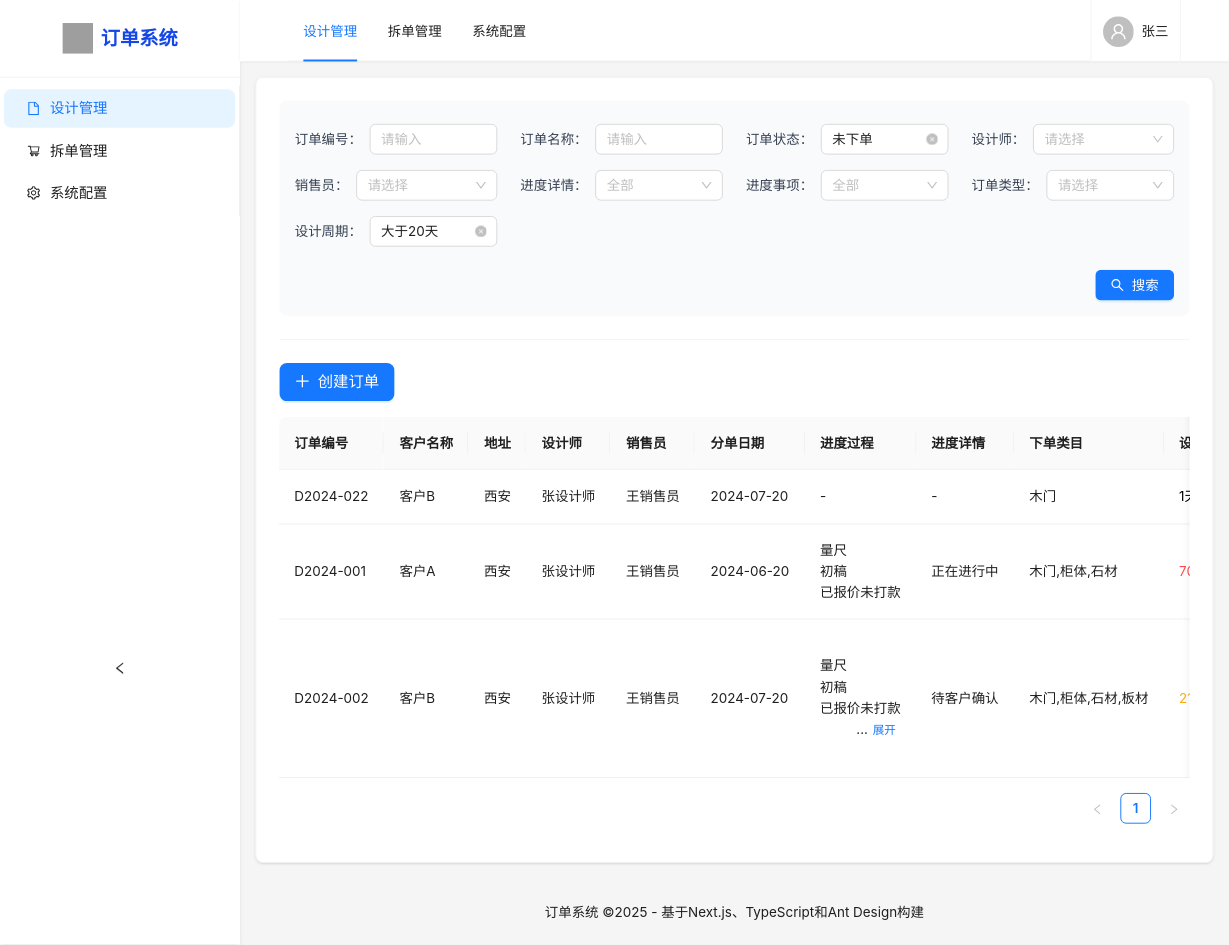
Repository: Garyxiwang/order_system
Page: /design (app in front/)
These files come from the project's save history. The page is drawn as it stood at one moment and after the next save; the edit follows.
The browser window is 1280 px wide. The pictures show the whole page, at 96% of full size.
Pictures or frames that could not be fetched are drawn as grey boxes. The project was rebuilt for these pictures with package versions that can differ from the ones it lists, and the page was loaded fresh each time. The framework's server and built-in components were replaced by stand-ins that run in the browser. Also part of the build but not shown: front/next.config.js, front/next.config.ts.

Above is the page before, as saved 2025-08-04 15:44:41.

### front/src/app/layout.tsx
import type { Metadata } from "next";
import { Geist, Geist_Mono } from "next/font/google";
import "./globals.css";

const geistSans = Geist({
  variable: "--font-geist-sans",
  subsets: ["latin"],
});

const geistMono = Geist_Mono({
  variable: "--font-geist-mono",
  subsets: ["latin"],
});

export const metadata: Metadata = {
  title: "订单系统",
  description: "基于Next.js、TypeScript和Ant Design构建的订单系统",
};

import AppLayout from '@/components/layout/AppLayout';

export default function RootLayout({
  children,
}: Readonly<{
  children: React.ReactNode;
}>) {
  return (
    <html lang="zh-CN">
      <body
        className={`${geistSans.variable} ${geistMono.variable} antialiased`}
      >
        <AppLayout>
          {children}
        </AppLayout>
      </body>
    </html>
  );
}

### front/src/app/design/page.tsx
"use client";

import React, { useState } from "react";
import {
  Typography,
  Card,
  Table,
  Button,
  Space,
  Input,
  Select,
  Row,
  Col,
  Divider,
} from "antd";
import { SearchOutlined, PlusOutlined } from "@ant-design/icons";

const { Title } = Typography;
const { Option } = Select;

const DesignPage: React.FC = () => {
  const [expandedRows, setExpandedRows] = useState<Set<number>>(new Set());
  const [activeTab, setActiveTab] = useState("1");
  const [selectedDesign, setSelectedDesign] = useState<string | null>(null);

  // 模拟设计页数据
  const designData = [
    {
      designNumber: "D2024-022",
      customerName: "客户B",
      address: "西安",
      designer: "张设计师",
      salesperson: "王销售员",
      splitTime: "2024-07-20",
      progress: "",
      progressDetail: "",
      category: "木门",
      cycle: "1天",
      state: "未下单",
      orderType: "设计单",
      remark: "",
    },
    {
      designNumber: "D2024-001",
      customerName: "客户A",
      address: "西安",
      designer: "张设计师",
      salesperson: "王销售员",
      splitTime: "2024-06-20",
      progress: "量尺,初稿,已报价未打款",
      progressDetail: "正在进行中",
      category: "木门,柜体,石材",
      cycle: "70天",
      state: "已下单",
      orderType: "设计单",
      remark: "这个是一个备注",
    },
    {
      designNumber: "D2024-002",
      customerName: "客户B",
      address: "西安",
      designer: "张设计师",
      salesperson: "王销售员",
      splitTime: "2024-07-20",
      progress: "量尺,初稿,已报价未打款,已打款",
      progressDetail: "待客户确认",
      category: "木门,柜体,石材,板材",
      cycle: "21天",
      state: "已下单",
      orderType: "设计单",
      remark:
        "一个很长很长很长很长很很长很长很很长很长很很长很长很很长很长很很长很长很很长很长很长很长很长很长的备注",
    },
  ];

  const columns = [
    {
      title: "订单编号",
      dataIndex: "designNumber",
      key: "designNumber",
    },
    {
      title: "客户名称",
      dataIndex: "customerName",
      key: "customerName",
    },
    {
      title: "地址",
      dataIndex: "address",
      key: "customerName",
    },
    {
      title: "设计师",
      dataIndex: "designer",
      key: "designer",
    },
    {
      title: "销售员",
      dataIndex: "salesperson",
      key: "salesperson",
    },
    {
      title: "分单日期",
      dataIndex: "splitTime",
      key: "splitTime",
    },
    {
      title: "进度过程",
      dataIndex: "progress",
      key: "progress",
      render: (
        text: string,
        record: Record<string, unknown>,
        index: number
      ) => {
        if (!text) return "-";
        const items = text
          .split(",")
          .map((item) => item.trim())
          .filter((item) => item);

        const isExpanded = expandedRows.has(index);
        const shouldShowExpand = items.length > 3;
        const displayItems = isExpanded ? items : items.slice(0, 3);

        const toggleExpand = () => {
          const newExpandedRows = new Set(expandedRows);
          if (isExpanded) {
            newExpandedRows.delete(index);
          } else {
            newExpandedRows.add(index);
          }
          setExpandedRows(newExpandedRows);
        };

        return (
          <div>
            {displayItems.map((item, itemIndex) => (
              <div key={itemIndex}>{item}</div>
            ))}
            {shouldShowExpand && !isExpanded && (
              <div style={{ textAlign: "right" }}>
                <span>...</span>
                <Button
                  type="link"
                  size="small"
                  onClick={toggleExpand}
                  style={{ padding: "0 4px", fontSize: "12px" }}
                >
                  展开
                </Button>
              </div>
            )}
            {shouldShowExpand && isExpanded && (
              <div style={{ textAlign: "right" }}>
                <Button
                  type="link"
                  size="small"
                  onClick={toggleExpand}
                  style={{ padding: "0 4px", fontSize: "12px" }}
                >
                  收起
                </Button>
              </div>
            )}
          </div>
        );
      },
    },
    {
      title: "进度详情",
      dataIndex: "progressDetail",
      key: "progressDetail",
      render: (text: string) => {
        if (!text) return "-";
        return text;
      },
    },
    {
      title: "下单类目",
      dataIndex: "category",
      key: "category",
    },
    {
      title: "设计周期",
      dataIndex: "cycle",
      key: "cycle",
      render: (text: string) => {
        if (!text) return "-";

        // 提取数字部分
        const match = text.match(/(\d+)/);
        const days = match ? parseInt(match[1]) : 0;

        let color = "#000"; // 默认黑色
        if (days > 50) {
          color = "#ff4d4f"; // 红色 - 大于50天
        } else if (days > 20) {
          color = "#faad14"; // 橙色 - 大于20天
        }

        return <span style={{ color }}>{text}</span>;
      },
    },
    {
      title: "订单状态",
      dataIndex: "state",
      key: "state",
    },
    {
      title: "订单类型",
      dataIndex: "orderType",
      key: "orderType",
    },
    {
      title: "备注",
      dataIndex: "remark",
      key: "remark",
      render: (text: string) => (
        <div
          style={{
            maxWidth: "150px",
            wordWrap: "break-word",
            whiteSpace: "pre-wrap",
          }}
        >
          {text || "-"}
        </div>
      ),
    },
    {
      title: "操作",
      key: "action",
      render: (_: unknown, record: Record<string, string | number>) => (
        <Space size="middle">
          <Button type="link" size="small">
            编辑
          </Button>
          <Button type="link" size="small">
            更新进度
          </Button>
          <Button type="link" size="small">
            下单
          </Button>
        </Space>
      ),
    },
  ];

  return (
    <Card variant="outlined">
      {/* 搜索和过滤区域 */}
      <div className="mb-6 bg-gray-50 p-4 rounded-lg">
        <Row gutter={24}>
          <Col span={6} className="py-2">
            <div className="flex items-center gap-2">
              <label className="whitespace-nowrap text-sm font-medium text-gray-700 min-w-16">
                订单编号：
              </label>
              <Input
                placeholder="请输入"
                className="rounded-md border-gray-200 flex-1"
                size="middle"
                allowClear
              />
            </div>
          </Col>
          <Col span={6} className="py-2">
            <div className="flex items-center gap-2">
              <label className="whitespace-nowrap text-sm font-medium text-gray-700 min-w-16">
                订单名称：
              </label>
              <Input
                placeholder="请输入"
                className="rounded-md border-gray-200 flex-1"
                size="middle"
                allowClear
              />
            </div>
          </Col>
          <Col span={6} className="py-2">
            <div className="flex items-center gap-2">
              <label className="whitespace-nowrap text-sm font-medium text-gray-700 min-w-16">
                订单状态：
              </label>
              <Select
                placeholder="全部状态"
                className="rounded-md flex-1"
                size="middle"
                defaultValue={"-1"}
                allowClear
              >
                <Option value="-1">未下单</Option>
                <Option value="1">已下单</Option>
              </Select>
            </div>
          </Col>
          <Col span={6} className="py-2">
            <div className="flex items-center gap-2">
              <label className="whitespace-nowrap text-sm font-medium text-gray-700 min-w-12">
                设计师：
              </label>
              <Select
                placeholder="请选择"
                className="rounded-md flex-1"
                size="middle"
                allowClear
              >
                <Option value="designer1">设计师1</Option>
                <Option value="designer2">设计师2</Option>
              </Select>
            </div>
          </Col>
          <Col span={6} className="py-2">
            <div className="flex items-center gap-2">
              <label className="whitespace-nowrap text-sm font-medium text-gray-700 min-w-12">
                销售员：
              </label>
              <Select
                placeholder="请选择"
                className="rounded-md flex-1"
                size="middle"
                allowClear
              >
                <Option value="designer1">销售员1</Option>
                <Option value="designer2">销售员2</Option>
                <Option value="designer2">销售员3</Option>
              </Select>
            </div>
          </Col>
          <Col span={6} className="py-2">
            <div className="flex items-center gap-2">
              <label className="whitespace-nowrap text-sm font-medium text-gray-700 min-w-16">
                进度详情：
              </label>
              <Select
                placeholder="全部"
                className="rounded-md flex-1"
                size="middle"
                allowClear
              >
                <Option value="designing">正常进行中</Option>
                <Option value="reviewing">等硬装</Option>
                <Option value="completed">客户待打款</Option>
                <Option value="completed">待客户确认</Option>
                <Option value="completed">其他</Option>
              </Select>
            </div>
          </Col>
          <Col span={6} className="py-2">
            <div className="flex items-center gap-2">
              <label className="whitespace-nowrap text-sm font-medium text-gray-700 min-w-16">
                进度事项：
              </label>
              <Select
                placeholder="全部"
                className="rounded-md flex-1"
                size="middle"
                allowClear
              >
                <Option value="normal">量尺</Option>
                <Option value="important">初稿</Option>
                <Option value="urgent">已报价未打款</Option>
                <Option value="urgent">已打款</Option>
                <Option value="urgent">已下单</Option>
              </Select>
            </div>
          </Col>
          <Col span={6} className="py-2">
            <div className="flex items-center gap-2">
              <label className="whitespace-nowrap text-sm font-medium text-gray-700 min-w-16">
                订单类型：
              </label>
              <Select
                placeholder="请选择"
                className="rounded-md flex-1"
                size="middle"
                allowClear
              >
                <Option value="design">设计单</Option>
                <Option value="development">拆单订单</Option>
              </Select>
            </div>
          </Col>
          <Col span={6} className="py-2">
            <div className="flex items-center gap-2">
              <label className="whitespace-nowrap text-sm font-medium text-gray-700 min-w-16">
                设计周期：
              </label>
              <Select
                placeholder="请选择"
                className="rounded-md flex-1"
                size="middle"
                defaultValue={"20"}
                allowClear
              >
                <Option value="20">大于20天</Option>
                <Option value="50">大于50天</Option>
              </Select>
            </div>
          </Col>
        </Row>
        <Row className="mt-4">
          <Col span={24} className="text-right">
            <Space>
              <Button
                type="primary"
                icon={<SearchOutlined />}
                size="middle"
                className="bg-blue-600 hover:bg-blue-700"
              >
                搜索
              </Button>
            </Space>
          </Col>
        </Row>
      </div>
      <Divider className="my-4" />
      {/* 新增 */}
      <div className="flex justify-between items-center mb-4">
        <Button
          type="primary"
          icon={<PlusOutlined />}
          size="large"
          className="bg-blue-600 hover:bg-blue-700"
        >
          创建订单
        </Button>
      </div>

      {/* 表格区域 */}
      <Table
        columns={columns}
        dataSource={designData}
        bordered={false}
        pagination={{ pageSize: 10 }}
        rowClassName="hover:bg-blue-50"
        rowKey={(record) => record.designNumber}
        scroll={{ x: "max-content" }}
      />
    </Card>
  );
};

export default DesignPage;

### front/src/app/globals.css
@import "tailwindcss";
/* Ant Design 5.x不再需要全局导入CSS文件 */

:root {
  --background: #ffffff;
  --foreground: #171717;
}

@theme inline {
  --color-background: var(--background);
  --color-foreground: var(--foreground);
  --font-sans: var(--font-geist-sans);
  --font-mono: var(--font-geist-mono);
}

@media (prefers-color-scheme: dark) {
  :root {
    --background: #0a0a0a;
    --foreground: #ededed;
  }
}

body {
  background: var(--background);
  color: var(--foreground);
  font-family: Arial, Helvetica, sans-serif;
}

### front/src/components/AntdRegistry.tsx
'use client';

import React from 'react';
import { createCache, extractStyle, StyleProvider } from '@ant-design/cssinjs';
import type Entity from '@ant-design/cssinjs/es/Cache';
import { useServerInsertedHTML } from 'next/navigation';

interface AntdRegistryProps {
  children: React.ReactNode;
}

const AntdRegistry = ({ children }: AntdRegistryProps) => {
  const cache = React.useMemo<Entity>(() => createCache(), []);

  useServerInsertedHTML(() => {
    return (
      <style
        id="antd"
        dangerouslySetInnerHTML={{ __html: extractStyle(cache, true) }}
      />
    );
  });

  return <StyleProvider cache={cache}>{children}</StyleProvider>;
};

export default AntdRegistry;

Loaded but not shown: front/src/components/layout/AppLayout.tsx (169 lines, source omitted); front/src/components/layout/SideMenu.tsx (49 lines, source omitted)

After the next save:
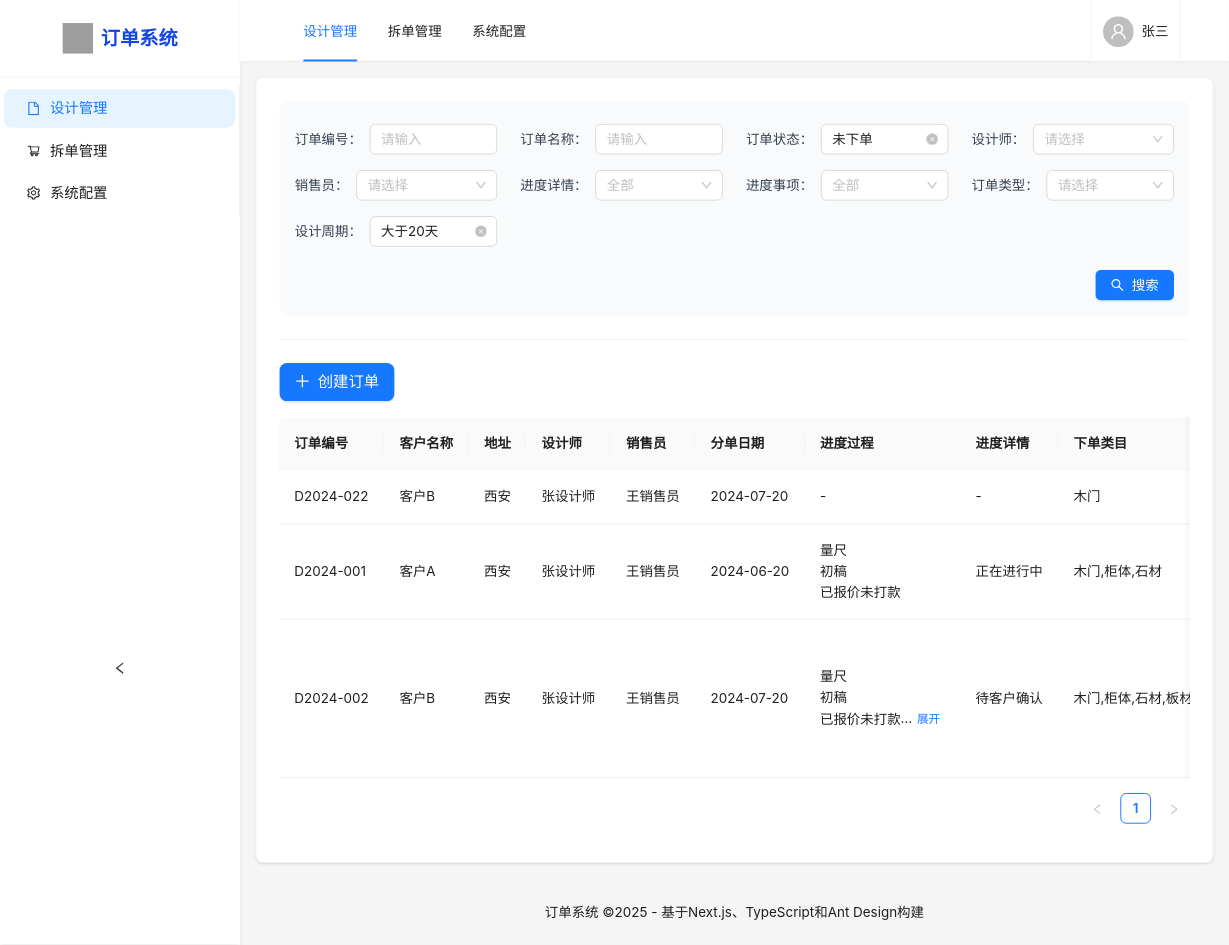
Saved 60 s later.
--- a/front/src/app/design/page.tsx
+++ b/front/src/app/design/page.tsx
@@ -135,34 +135,37 @@
 
         return (
           <div>
-            {displayItems.map((item, itemIndex) => (
-              <div key={itemIndex}>{item}</div>
-            ))}
-            {shouldShowExpand && !isExpanded && (
-              <div style={{ textAlign: "right" }}>
-                <span>...</span>
-                <Button
-                  type="link"
-                  size="small"
-                  onClick={toggleExpand}
-                  style={{ padding: "0 4px", fontSize: "12px" }}
-                >
-                  展开
-                </Button>
-              </div>
-            )}
-            {shouldShowExpand && isExpanded && (
-              <div style={{ textAlign: "right" }}>
-                <Button
-                  type="link"
-                  size="small"
-                  onClick={toggleExpand}
-                  style={{ padding: "0 4px", fontSize: "12px" }}
-                >
-                  收起
-                </Button>
-              </div>
-            )}
+            {displayItems.map((item, itemIndex) => {
+              const isLastItem = itemIndex === displayItems.length - 1;
+              return (
+                <div key={itemIndex} style={{ display: 'flex', justifyContent: 'space-between', alignItems: 'center' }}>
+                  <span>{item}</span>
+                  {isLastItem && shouldShowExpand && !isExpanded && (
+                    <div>
+                      <span>...</span>
+                      <Button
+                        type="link"
+                        size="small"
+                        onClick={toggleExpand}
+                        style={{ padding: "0 4px", fontSize: "12px" }}
+                      >
+                        展开
+                      </Button>
+                    </div>
+                  )}
+                  {isLastItem && shouldShowExpand && isExpanded && (
+                    <Button
+                      type="link"
+                      size="small"
+                      onClick={toggleExpand}
+                      style={{ padding: "0 4px", fontSize: "12px" }}
+                    >
+                      收起
+                    </Button>
+                  )}
+                </div>
+              );
+            })}
           </div>
         );
       },

After the 3 saves that followed:
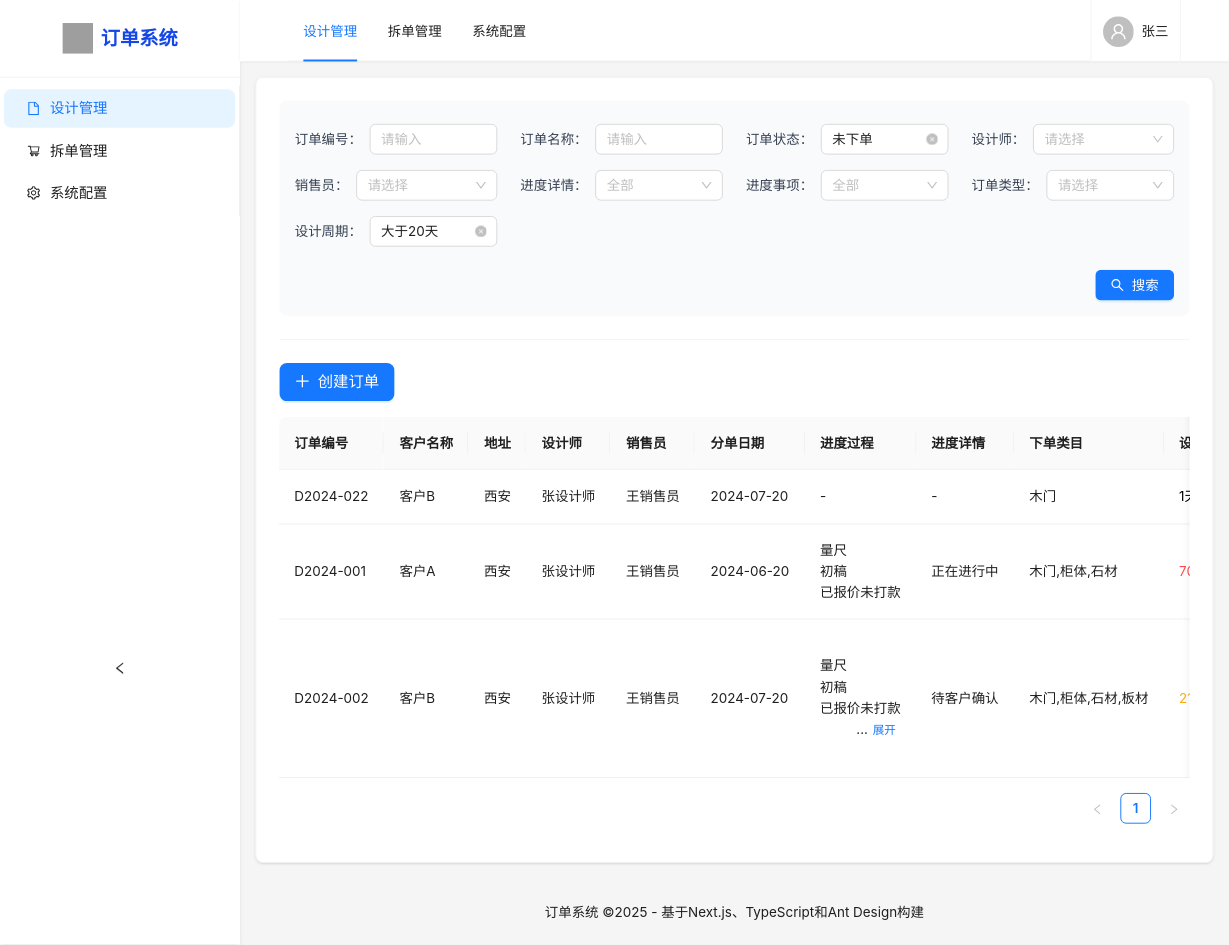
The 3 saves are shown as one change because 1 left the picture as it was and some came seconds apart.
The last was saved 39 s later.
--- a/front/src/app/design/page.tsx
+++ b/front/src/app/design/page.tsx
@@ -135,37 +135,34 @@
 
         return (
           <div>
-            {displayItems.map((item, itemIndex) => {
-              const isLastItem = itemIndex === displayItems.length - 1;
-              return (
-                <div key={itemIndex} style={{ display: 'flex', justifyContent: 'space-between', alignItems: 'center' }}>
-                  <span>{item}</span>
-                  {isLastItem && shouldShowExpand && !isExpanded && (
-                    <div>
-                      <span>...</span>
-                      <Button
-                        type="link"
-                        size="small"
-                        onClick={toggleExpand}
-                        style={{ padding: "0 4px", fontSize: "12px" }}
-                      >
-                        展开
-                      </Button>
-                    </div>
-                  )}
-                  {isLastItem && shouldShowExpand && isExpanded && (
-                    <Button
-                      type="link"
-                      size="small"
-                      onClick={toggleExpand}
-                      style={{ padding: "0 4px", fontSize: "12px" }}
-                    >
-                      收起
-                    </Button>
-                  )}
-                </div>
-              );
-            })}
+            {displayItems.map((item, itemIndex) => (
+              <div key={itemIndex}>{item}</div>
+            ))}
+            {shouldShowExpand && !isExpanded && (
+              <div style={{ textAlign: "right" }}>
+                <span>...</span>
+                <Button
+                  type="link"
+                  size="small"
+                  onClick={toggleExpand}
+                  style={{ padding: "0 4px", fontSize: "12px" }}
+                >
+                  展开
+                </Button>
+              </div>
+            )}
+            {shouldShowExpand && isExpanded && (
+              <div style={{ textAlign: "right" }}>
+                <Button
+                  type="link"
+                  size="small"
+                  onClick={toggleExpand}
+                  style={{ padding: "0 4px", fontSize: "12px" }}
+                >
+                  收起
+                </Button>
+              </div>
+            )}
           </div>
         );
       },
